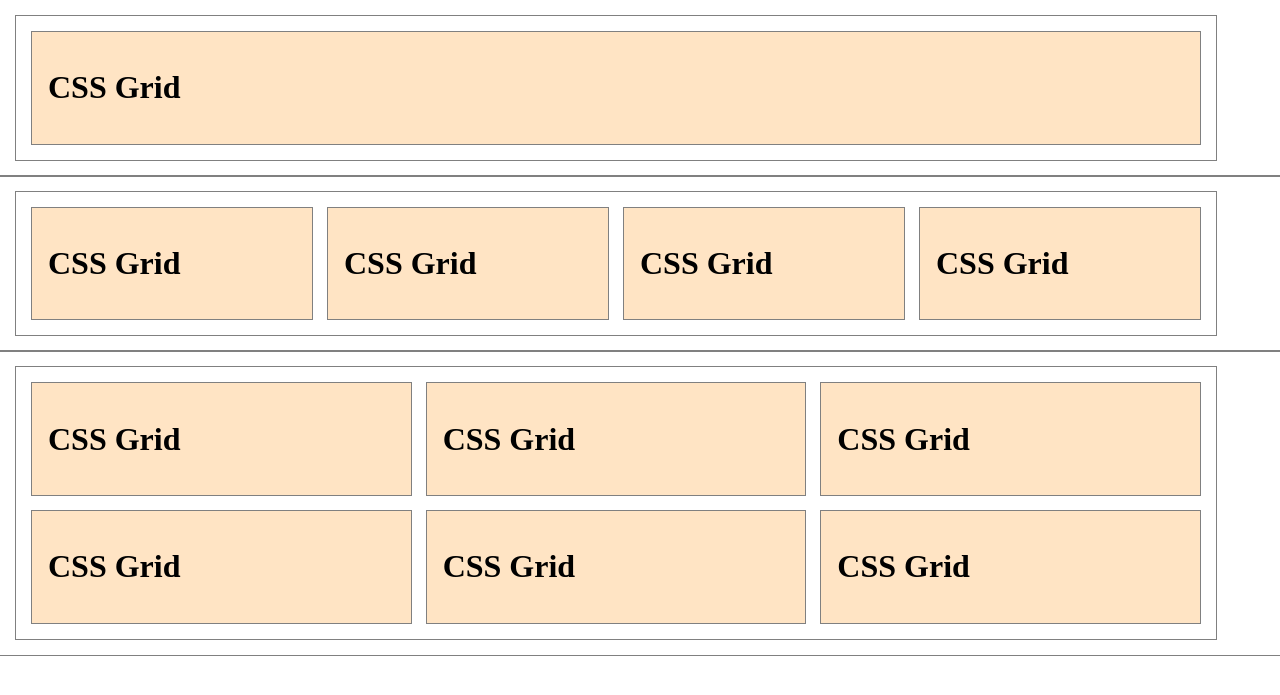
Repository: jjennbui/MDIA2003G-Assignment03B
Page: index.html
The author's editor kept a copy of each file at every save. The page is drawn from the files as they stood at one save, then again after the next save.
The browser window is 1280 px wide. The pictures show the whole page.

Above is the page before, as saved 2023-01-24 19:42:33.

After the next save:
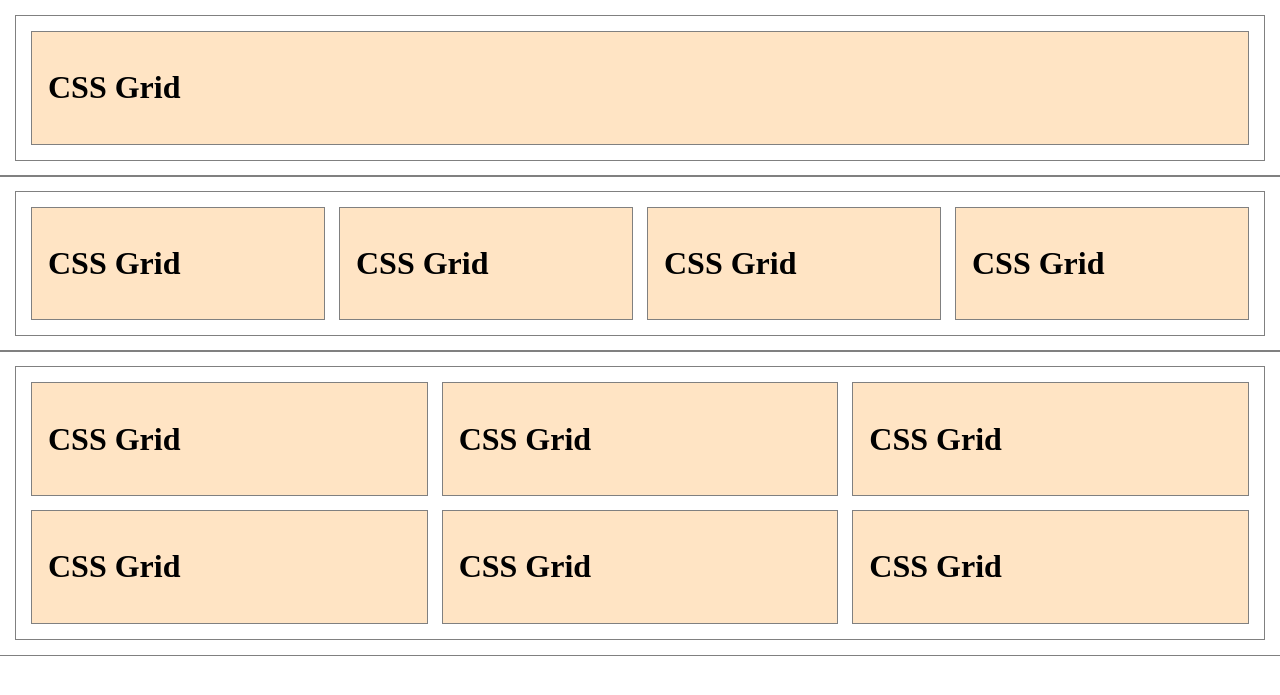
Saved 29 s later.
--- a/css/main.css
+++ b/css/main.css
@@ -49,7 +49,7 @@ header {
 }
 
 .row{
-  max-width: 75rem;
+  max-width: 100rem;
   column-gap: 1rem;
   row-gap: 1rem;
 }
